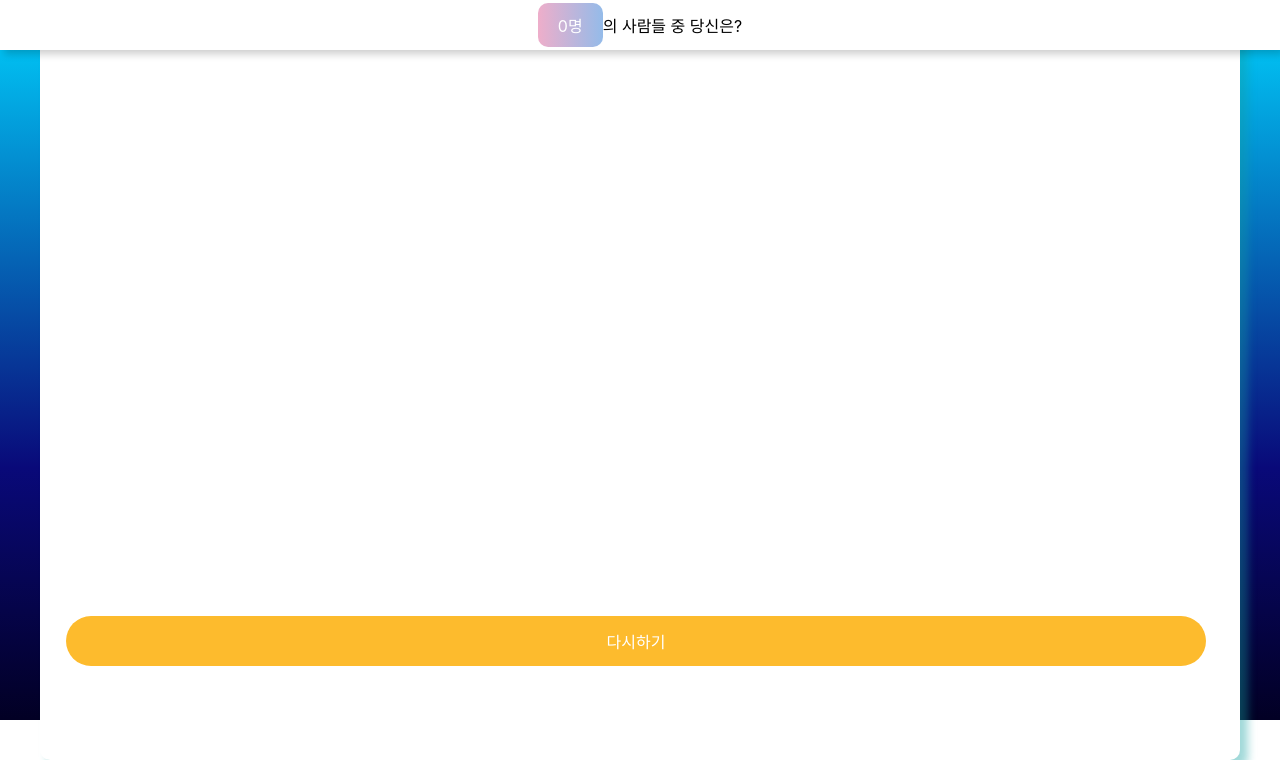
Repository: dnjfht/quiz3
Page: /ranking
An editor plug-in stored every save of this project. The page is shown before and after the next save, followed by the edit.
The browser window is 1280 px wide. The pictures show the whole page.
The page's requests for data from a server got no answer. The project was rebuilt for these pictures with package versions that can differ from the ones it lists, and the page was loaded fresh each time. No one was signed in, and anything a server would have sent is missing. Also part of the build but not shown: src/components/Start.js, src/components/Progress.js, src/components/Quiz.js, src/components/Score.js, src/components/Message.js, src/components/NotPage.js.

Above is the page before, as saved 2023-04-15 23:11:29.

After the next save:
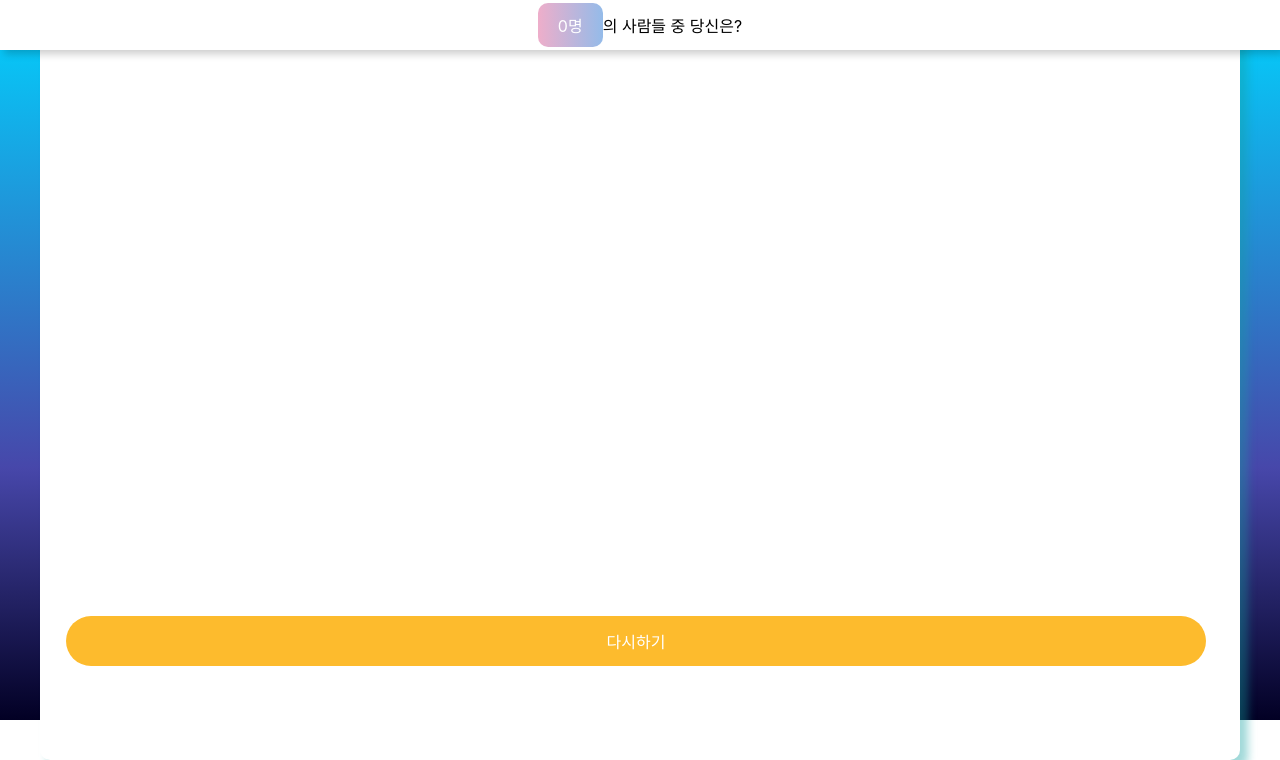
Saved 32 s later.
--- a/src/App.js
+++ b/src/App.js
@@ -8,7 +8,7 @@ const Wrap = styled.div`
   background: linear-gradient(
     0deg,
     rgba(2, 0, 36, 1) 0%,
-    rgba(9, 9, 121, 1) 35%,
+    rgba(71, 71, 170, 1) 35%,
     rgba(0, 212, 255, 1) 100%
   );
 
